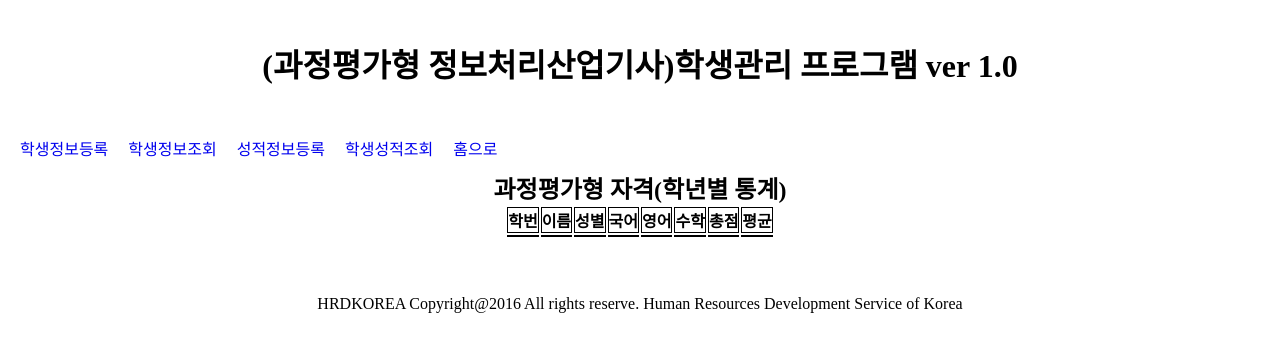
Repository: SeolhwaPark/JSL40_HRDKOREA
Page: http://localhost/HRD_0428_02/view2.jsp
These files come from the project's save history. The page is drawn as it stood at one moment and after the next save; the edit follows.
The browser window is 1280 px wide. The pictures show the whole page.
The page is served by Tomcat 9. Queries for data that is not in the repository find no rows.

Above is the page before, as saved 2020-04-28 14:14:37.

After the next save:
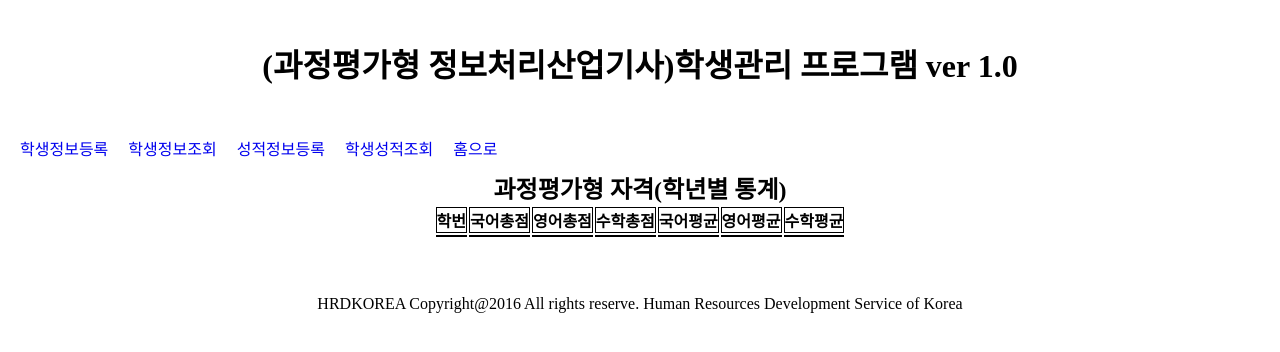
Saved 43 s later.
--- a/HRD_0428_02/WebContent/view2.jsp
+++ b/HRD_0428_02/WebContent/view2.jsp
@@ -57,17 +57,15 @@ a{padding:20px 0;text-decoration:none; }
 				<table>
 					<tr>
 						<th>학번</th>
-						<th>이름</th>
-						<th>성별</th>
-						<th>국어</th>
-						<th>영어</th>
-						<th>수학</th>
-						<th>총점</th>
-						<th>평균</th>
+						<th>국어총점</th>
+						<th>영어총점</th>
+						<th>수학총점</th>
+						<th>국어평균</th>
+						<th>영어평균</th>
+						<th>수학평균</th>
 					</tr>
 
 					<tr>
-						<td></td>
 						<td></td>
 						<td></td>
 						<td></td>
